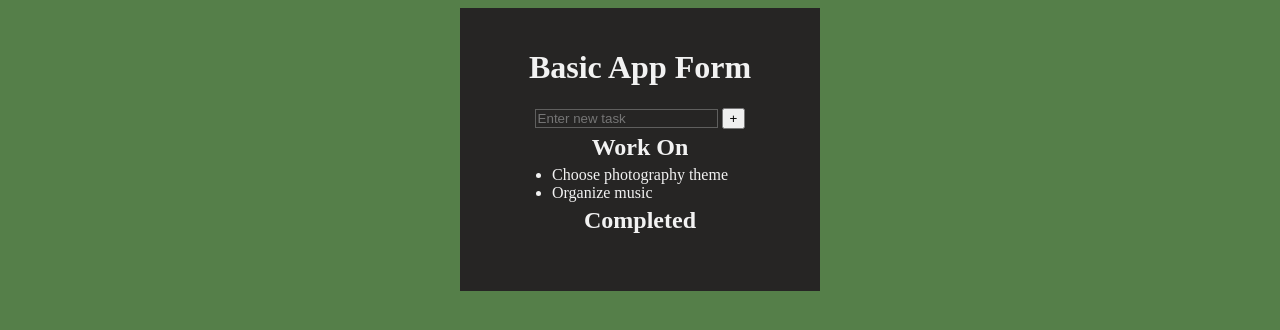
Repository: Kayla-amr/dgm_3760
Page: todoTemplate-W2/index.html
These files come from the project's save history. The page is drawn as it stood at one moment and after a run of saves; the edit follows.
The browser window is 1280 px wide. The pictures show the whole page.

Above is the page before, as saved 2022-10-17 17:10:20.

### todoTemplate-W2/index.html
<!DOCTYPE html>
<html lang="en">

<head>
    <meta charset="UTF-8">
    <meta http-equiv="X-UA-Compatible" content="IE=edge">
    <meta name="viewport" content="width=device-width, initial-scale=1.0">
    <link rel="stylesheet" href="styles.css">
    <title>Basic Todo App</title>
</head>

<body>
    <main>
        <div class="taskForm">
            <h1 class="formTitle"></h1>
            <div>
                <input class="userInput" type="text" placeholder="Enter new task">
                <button class="addTask">+</button>
            </div>
            <h2>Work On</h2>
            <ul class='todoTasks'>
            </ul>
            <h2>Completed</h2>
            <ul class='completeTasks'>
            </ul>
    </main>

    </div>
</body>
<script src="/todoTemplate-W2/index.js"></script>

</html>

### todoTemplate-W2/styles.css
body{
    background-color: #557f49;
    color: #f2f2f2;
}
main{
    display: flex;
    justify-content: center;
}
h2{
    margin: 0;
    padding: 5px;
}
.taskForm{
    background-color: #262524;
    padding: 20px;
    width: 20rem;
    display: flex;
    flex-direction: column;
    align-items: center;
}

.todoTasks{
    margin: 0;
    padding: 0;
}
.completedTasks{
    margin: 0;
    padding: 0;
}
.userInput{
    background-color: #eaaf1900;
    border: 1px solid #808080a1;
    color: #f2f2f2;
}

### todoTemplate-W2/index.js
let myList = [
	{
		id: 0,
		name: 'Choose photography theme',
		category: 'Homework',
		due_date: 'Tomorrow',
		status: false
	},
	{
		id: 1,
		name: 'Organize music',
		category: 'Chores',
		due_date: 'Wednesday',
		status: false
	}
];

//app title
document.querySelector('.formTitle').innerText = 'Basic App Form';

//view todods


function displayTodos(todos) {
	//clear out any tasks (li elements) that are in the UL
	taskUl.innerHTML = '';

	//for each todo in the array, add it to the container UL
	todos.forEach(function(myTask) {
		taskUl.innerHTML += `<li data-todoId='${myTask.id}'> ${myTask.name} </li>`;
	});
}

//add todos

//store element object for the add task button
const addBtn = document.querySelector('.addTask')

addBtn.addEventListener('click', (event) => {
	addTask()
})

function addTask(){
  let userInput = document.querySelector('.userInput').value;
  const newTodoObj = {
	id: myList.length + 1,
	name: userInput,
	category: null,
	due_date: null,
	status: false
}

  myList.push(newTodoObj);

  displayTodos(myList)
}

// create a function to complete todos
function completeTask(){
	// function will take 1 parameter (input) an id of the todo to complete
	// find the todo to complete and then change the value of status in the todo object
		//use the .findIndex method to get the index
		//then edit the object directly using bracket notation
		//IE: myList[todoIDX].status
}


//create a function to delete todos
function deleteTask(){
	//much the same as the complete todo function
	//instead of editing the object, you will need to remove it from the array
}


//for complete and delete event listeners you will need to listen for events on the UL

//get a reference to the task container UL
const taskUl = document.querySelector('.todoTasks');

taskUl.addEventListener('click', (event) => {
	//get the id of the todo that the user clicked on.
	console.log(event.target.dataset.todoid)

	const clickedTodoId = event.target.dataset.todoid

	const todoIdx = myList.findIndex((todo) => todo.id == clickedTodoId)

	console.log(todoIdx)
	//flip the status value
	myList[todoIdx].status = !myList[todoIdx].status

	console.log(myList)

	displayTodos(myList)
})


//on page load, show the todos
displayTodos(myList)

After the next 4 saves:
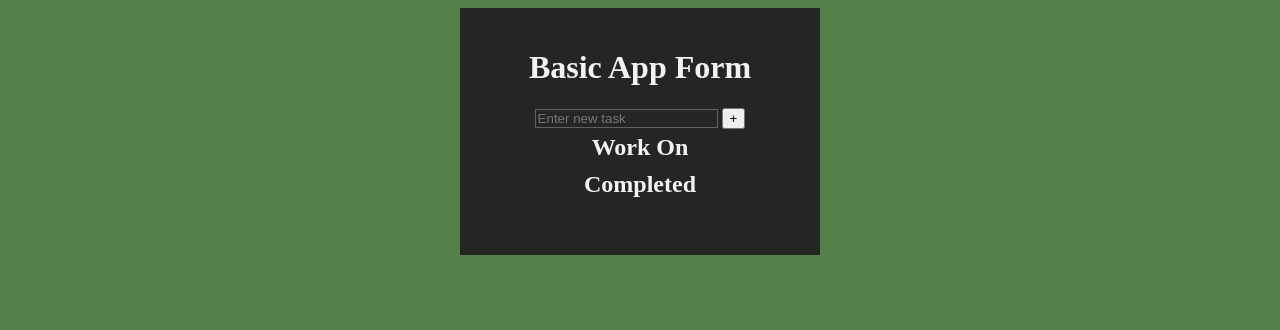
Console error: ReferenceError: taskUl is not defined
The 4 saves are shown as one change because they came seconds apart.
The last was saved 7 min 14 s later.
--- a/todoTemplate-W2/index.js
+++ b/todoTemplate-W2/index.js
@@ -75,9 +75,9 @@ function deleteTask(){
 //for complete and delete event listeners you will need to listen for events on the UL
 
 //get a reference to the task container UL
-const taskUl = document.querySelector('.todoTasks');
+const todoTaskUl = document.querySelector('.todoTasks');
 
-taskUl.addEventListener('click', (event) => {
+todoTaskUl.addEventListener('click', (event) => {
 	//get the id of the todo that the user clicked on.
 	console.log(event.target.dataset.todoid)
 

After the 3 saves that followed:
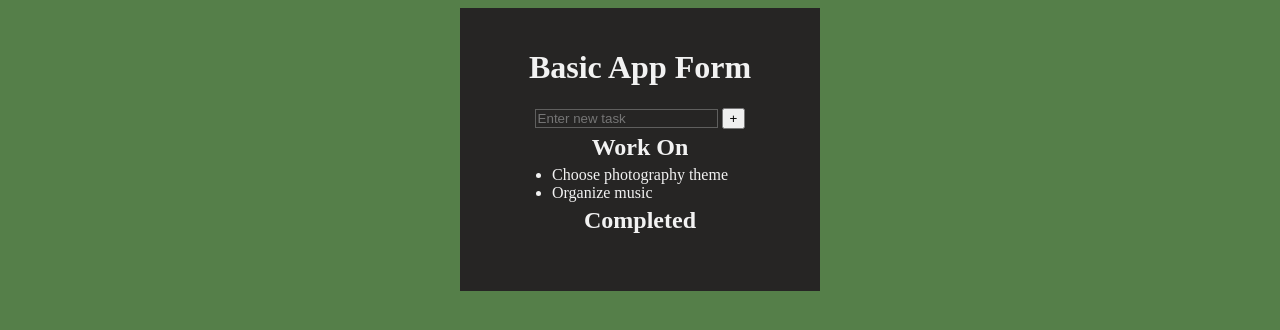
The error is gone.
The 3 saves are shown as one change because 1 left the picture as it was and some came seconds apart.
The last was saved 26 s later.
--- a/todoTemplate-W2/index.js
+++ b/todoTemplate-W2/index.js
@@ -23,11 +23,11 @@ document.querySelector('.formTitle').innerText = 'Basic App Form';
 
 function displayTodos(todos) {
 	//clear out any tasks (li elements) that are in the UL
-	taskUl.innerHTML = '';
+	todoTaskUl.innerHTML = '';
 
 	//for each todo in the array, add it to the container UL
 	todos.forEach(function(myTask) {
-		taskUl.innerHTML += `<li data-todoId='${myTask.id}'> ${myTask.name} </li>`;
+		todoTaskUl.innerHTML += `<li data-todoId='${myTask.id}'> ${myTask.name} </li>`;
 	});
 }
 
